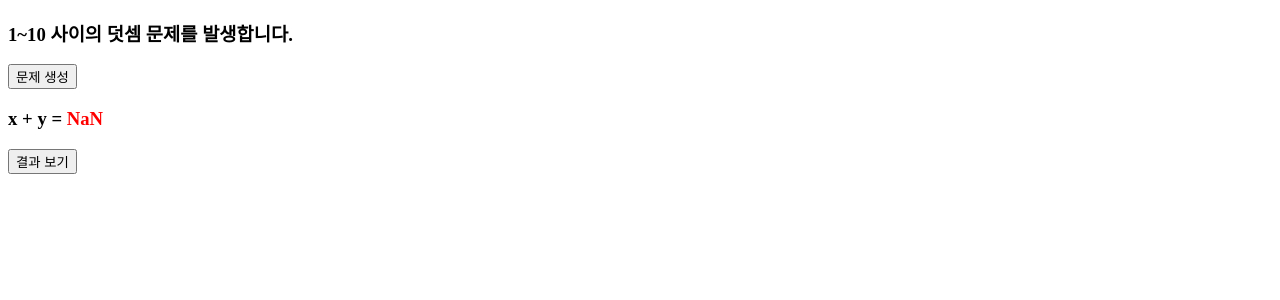
Repository: ssummini/Web
Page: JavaScript/src/main/webapp/javascript/exam16-1.html
These files come from the project's save history. The page is drawn as it stood at one moment and after the next save; the edit follows.
The browser window is 1280 px wide. The pictures show the whole page.
After loading, the first visible `input[onclick="printResult()"]` was clicked once.

Above is the page before, as saved 2024-08-20 05:26:12.

### JavaScript/src/main/webapp/javascript/exam16-1.html
<!DOCTYPE html>
<html>
<head>
<meta charset="UTF-8">
<title>Insert title here</title>
</head>
<body>
	<h3>1~10 사이의 덧셈 문제를 발생합니다. </h3>
	<input type="button" value="문제 생성" onclick="start()"/>
	<h3><span id="x">x</span> + <span id="y">y</span> = <span id="question">?</span></h3>
	<input type="button" value="결과 보기" onclick="printResult()" />
<script type="text/javascript">
var x;
var y;

function start(){
	document.getElementById("question").innerText = "?";
	x = Math.floor(Math.random() * 10) + 1;
	y = Math.floor(Math.random() * 10) + 1;

	document.getElementById("x").innerText = x;
	document.getElementById("y").innerText = y;
}

function sum(x, y){
	return x + y;
}

function printResult(){
	var result = sum(x,y);
	document.getElementById("question").innerHTML = "<font color='red'>" + result + '</span>';
}
</script>
</body>
</html>

After the next save:
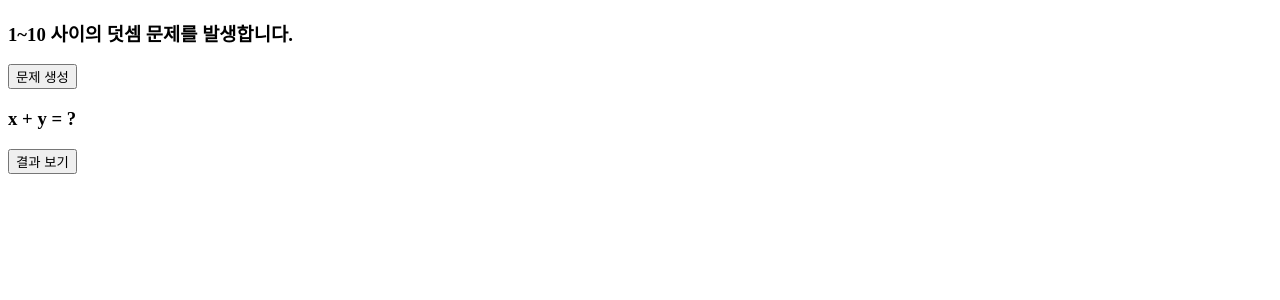
Console error: SyntaxError: Unexpected token ';'
Saved 19 s later.
--- a/JavaScript/src/main/webapp/javascript/exam16-1.html
+++ b/JavaScript/src/main/webapp/javascript/exam16-1.html
@@ -28,7 +28,7 @@
 
 function printResult(){
 	var result = sum(x,y);
-	document.getElementById("question").innerHTML = "<font color='red'>" + result + '</span>';
+	document.getElementById("question").innerHTML = "<font color='red'>" + result + ;
 }
 </script>
 </body>

After the save that followed:
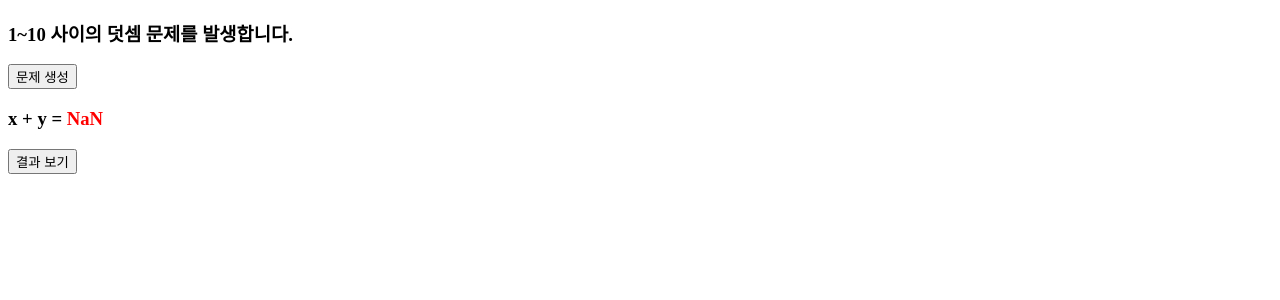
The error is gone.
Saved 2 s later.
--- a/JavaScript/src/main/webapp/javascript/exam16-1.html
+++ b/JavaScript/src/main/webapp/javascript/exam16-1.html
@@ -28,7 +28,7 @@
 
 function printResult(){
 	var result = sum(x,y);
-	document.getElementById("question").innerHTML = "<font color='red'>" + result + ;
+	document.getElementById("question").innerHTML = "<font color='red'>" + result;
 }
 </script>
 </body>
